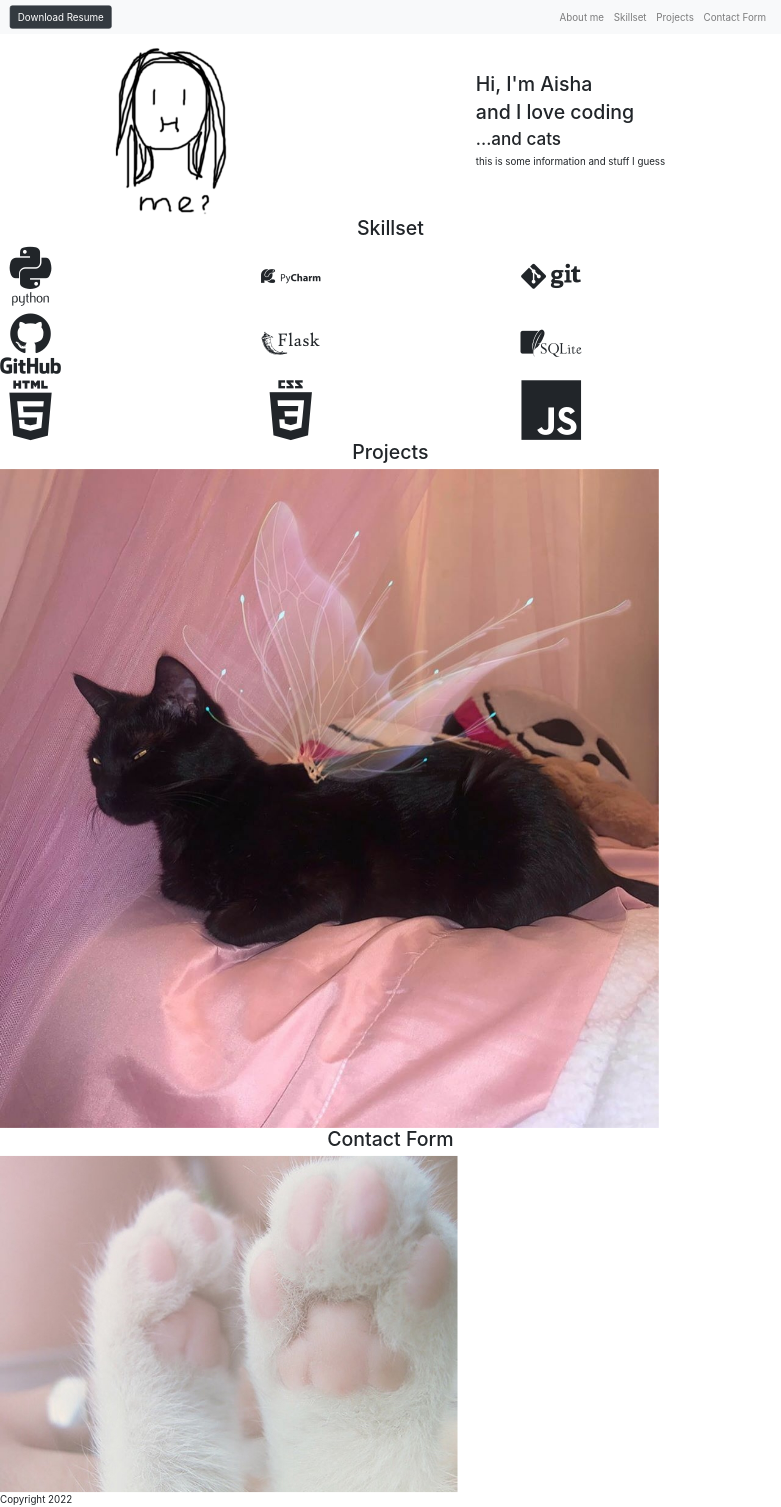
Repository: aishakapan/portfolio
Page: index.html
An editor plug-in stored every save of this project. The page is shown before and after the next save, followed by the edit.
The browser window is 1280 px wide. The pictures show the whole page, at 61% of full size.
Some web libraries are served in a nearby version.

Above is the page before, as saved 2022-08-19 14:41:26.

After the next save:
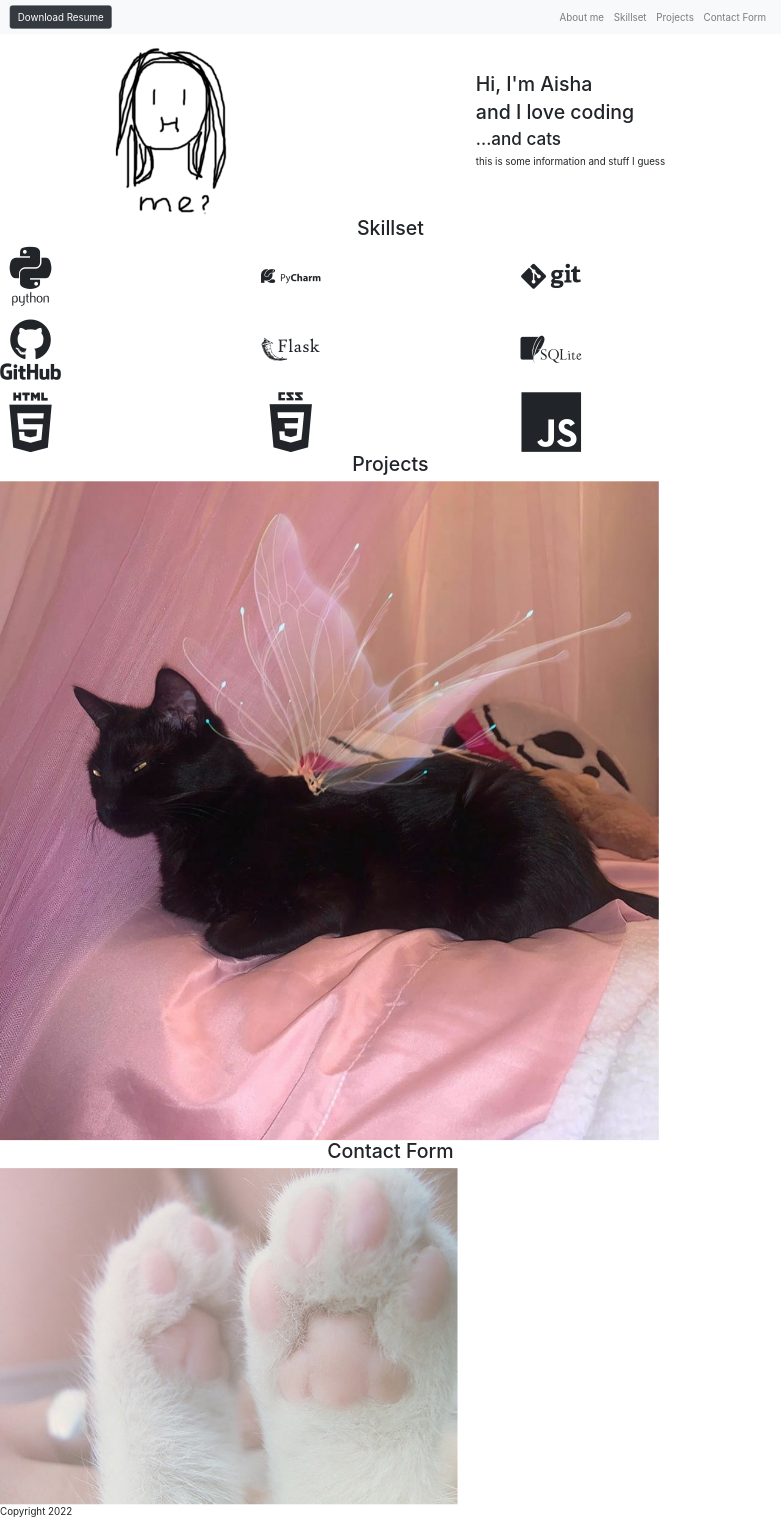
Saved 12 s later.
--- a/styles/index.css
+++ b/styles/index.css
@@ -35,7 +35,7 @@
     flex-wrap: wrap;
     justify-content: space-around;
     align-items: center;
-    row-gap: 10px;
+    row-gap: 20px;
 }
 
 div>i {
